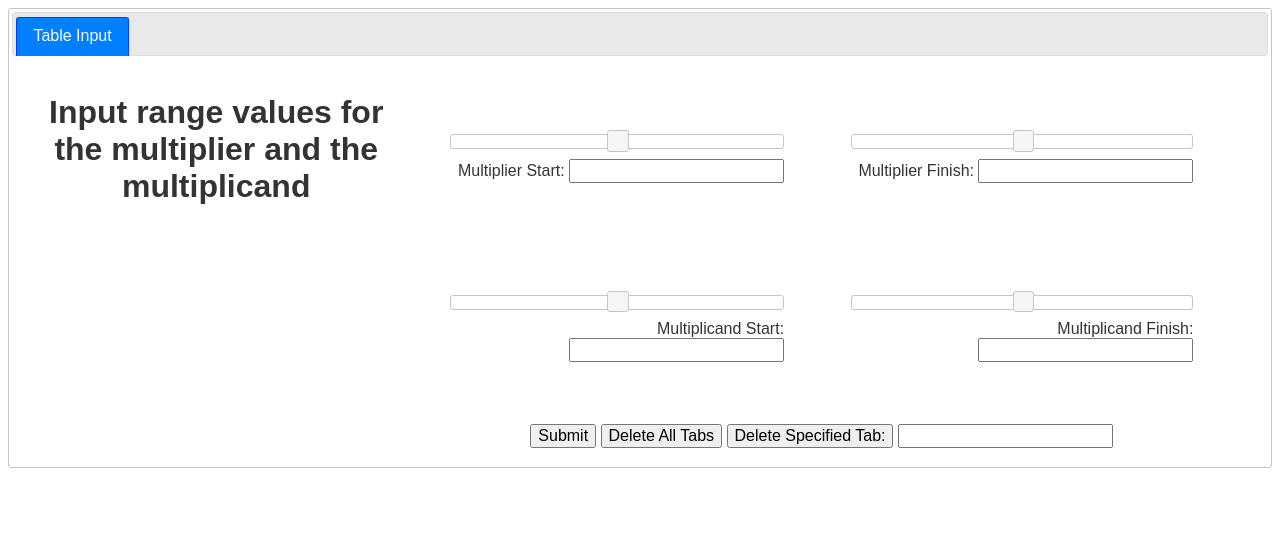
Repository: khrasna/HW4Part2
Page: index.html
The author's editor kept a copy of each file at every save. The page is drawn from the files as they stood at one save, then again after the next save.
The browser window is 1280 px wide. The pictures show the whole page.
Some web libraries are served in a nearby version.

Above is the page before, as saved 2021-11-22 16:19:27.

### index.html
<!-- HTML file for Assignment 3
By Karsten Hrasna  email Karsten_Hrasna@student.uml.edu-->
<!DOCTYPE html>
<html>

<head>
    <title>Multiplication Table</title>
    <link rel="stylesheet" href="style.css">
    <script type="text/javascript" src="https://ajax.googleapis.com/ajax/libs/jquery/3.5.1/jquery.min.js"></script>
    <script type="text/javascript" src="dist/jquery.validate.min.js"></script>
    <script type="text/javascript" src="formvalidate.js"></script>
    <script type="text/javascript"
        src="https://ajax.googleapis.com/ajax/libs/jqueryui/1.11.4/jquery-ui.min.js"></script>
    <link rel="stylesheet" href="https://ajax.googleapis.com/ajax/libs/jqueryui/1.11.4/themes/smoothness/jquery-ui.css">
</head>

<body>

    <div id="tabs">
        <ul>
            <li><a href='#tab1'>Table Input</a></li>
        </ul>
        <div id="tab1">
            <h1>Input range values for the multiplier and the multiplicand</h1>
            <!-- Learned from W3schools. Creates a form which takes number ranges for multiplier and multiplicand. -->
            <form id="FormInput" action="javascript:void(0);" method="get">
                <!--Learned about javascript:void(0) from Dutchie432 at https://stackoverflow.com/questions/1818249/form-with-no-action-and-where-enter-does-not-reload-page-->
                <table>
                    <tr>

                        <td class="pad">
                            <div id="slider-1" class="refresh"></div>
                            Multiplier Start: <input input="text" class="refresh" name="MultiplierStart">
                        </td>

                        <td>
                            <div id="slider-2" class="refresh"></div>
                            Multiplier Finish: <input type="text" class="refresh" name="MultiplierFinish">
                        </td>
                    </tr>
                    <tr>
                        <td class="pad">
                            <div id="slider-3" class="refresh"></div>
                            Multiplicand Start: <input type="text" class="refresh" name="MultiplicandStart">
                        </td>

                        <td>
                            <div id="slider-4" class="refresh"></div>
                            Multiplicand Finish: <input type="text" class="refresh" name="MultiplicandFinish">
                        </td>
                    </tr>
                </table>
                <input type="submit" value="Submit">
                <input type="button" name="clear" value="Delete All Tabs">
                <input type="button" name="clearx" value="Delete Specified Tab:">
                <input type="text" name="clearinput">
                <!--goes directly under form and processes the input to create a mult table-->
            </form>
        </div>
    </div>


</body>

</html>

### style.css
/*Created by Karsten Hrasna. email: Karsten_Hrasna@student.uml.edu*/
html,
body {
    height: 97%;
    text-align: center;
}

#slider-1,
#slider-2,
#slider-3,
#slider-4 {
    margin-bottom: 10px;
    margin-top: 10px;
}

div#tab1 {
    display: grid;
    grid-template-columns: 30% auto;
    /* top row of grid holds the form for input, the rest of page holds the multiplication table*/
    grid-template-rows: auto;
    height: 97%;

}

#multTable {
    margin: auto;
    border-collapse: separate;
    border-spacing: 0;
    /*the dynamically sized multiplication table */
    margin-top: 0px;
    border-bottom: 0px;

}

input[type=submit] {
    /* submit button under form spaced here */
    margin-top: 10px;
    margin-bottom: 0px;
}

#multTable td,
th {
    border: solid;
    border-color: black;
    min-width: 70px;
    font-size: 30px;
    height: 70px;
}


#multTable th {
    position: sticky;
    top: 0px;
    border-right: solid;
    border-right-color: white;
    border-bottom: solid;
    border-bottom-color: white;
    background-color: black;
    color: white;

}

#multTable th:first-child {
    position: sticky;
    top: 70px;
    left: 0;
}


.sticky {
    position: fixed;
    top: 0px;
    /* get the headers to stay fixed on mult table */
    width: 100%;
}

#multTable tr:first-child th:first-child {
    border: none;
    background-color: white;
}

#multTable p.inputError {
    margin: 0px;
}

form {
    margin-bottom: 0px;
}

table {
    margin-left: auto;
    margin-right: auto;
}

form td {
    text-align: right;
    justify-content: right;
    padding: 50px;
    /*line up the input form textboxes*/
}

form p {
    margin: 0px;
}

td.pad {
    padding-right: 15px;
}

### formvalidate.js
var tabs;

$(function () {
    $("#tabs").tabs();

    $("#slider-1").slider({
        min: -50, //initialize the four sliders to set the values of their respective input boxes
        max: 50,
        slide: function (event, ui) {
            $('input[name="MultiplierStart"]').val(ui.value);
        }
    });
    $("#slider-2").slider({
        min: -50,
        max: 50,
        slide: function (event, ui) {
            $('input[name="MultiplierFinish"]').val(ui.value);
        }
    });
    $("#slider-3").slider({
        min: -50,
        max: 50,
        slide: function (event, ui) {
            $('input[name="MultiplicandStart"]').val(ui.value);
        }
    });
    $("#slider-4").slider({
        min: -50,
        max: 50,
        slide: function (event, ui) {
            $('input[name="MultiplicandFinish"]').val(ui.value);
        }
    });

    $('input[name="MultiplierStart"]').on('keyup', function () { //if the input boxes values are changed, set the slider to that value
        $("#slider-1").slider("option", "value", $('input[name="MultiplierStart"]').val());
    });

    $('input[name="MultiplierFinish"]').on('keyup', function () {
        $("#slider-2").slider("option", "value", $('input[name="MultiplierFinish"]').val());
    });

    $('input[name="MultiplicandStart"]').on('keyup', function () {
        $("#slider-3").slider("option", "value", $('input[name="MultiplicandStart"]').val());
    });

    $('input[name="MultiplicandFinish"]').on('keyup', function () {
        $("#slider-4").slider("option", "value", $('input[name="MultiplicandFinish"]').val());
    });


    $.validator.addMethod("less", function (value, element, params) {
        if (params[0].value == "") {
            return true; // dont want it to say that the start has to be greater than finish if no finish given. instead it will say to give finish value in other error
        } else {
            return this.optional(element) || +value <= +params[0].value;

        } //checks to make sure that the starts are less than the finishes, learned from
    }); // https://jqueryvalidation.org/jQuery.validator.addMethod/

    $.validator.addMethod("checkval", function (value, element) {
        if (value == "") {
            return true; // dont want it to say that the start has to be greater than finish if no finish given. instead it will say to give finish value in other error
        } else {
            return this.optional(element) || +value > 1;

        } //checks to make sure that the starts are less than the finishes, learned from
    });


    $("#FormInput").validate({
        //this makes it so the validator updates the error messages whenever new input is typed.
        //learned about onkeyup at https://www.sitepoint.com/jquery-validation-validate-form-submit/
        rules: {
            MultiplierStart: {
                range: [-50, 50],
                less: $('input[name="MultiplierFinish"]'),
                required: true

            },
            MultiplierFinish: { //rules for form input. makes sure the numbers are in range, and that the fields have input in them.
                required: true,
                range: [-50, 50]
            },

            MultiplicandStart: {
                range: [-50, 50],
                less: $('input[name="MultiplicandFinish"]'),
                required: true
            },

            MultiplicandFinish: {
                range: [-50, 50],
                required: true
            }
        },

        messages: {
            MultiplierStart: {
                required: "Multiplier Start must be a digit between -50 and 50",
                range: "The range of Multiplier Start must stay within -50 and 50",
                less: "The value of Multiplier Start must be less than or equal to Multiplier Finish."
            },

            MultiplierFinish: {
                required: "Multiplier Finish must be a digit between -50 and 50",
                range: "The range of Multiplier Finish must stay within -50 and 50",
            },

            MultiplicandStart: {
                required: "Multiplicand Start must be a digit between -50 and 50",
                range: "The range of Multiplicand Start must stay within -50 and 50",
                less: "The value of Multiplicand Start must be less than or equal to Multiplicand Finish."
            },

            MultiplicandFinish: {
                required: "Multiplicand Finish must be a digit between -50 and 50",
                range: "The range of Multiplicand Finish must stay within -50 and 50",
            }


        },

        errorPlacement: function (error, element) {
            $(error).appendTo($(('#FormInput'))); //place the errors below the form
        },
        errorElement: "p"

    });

    $(".refresh").on("input", function () {
        console.log(1);
    });

    $(".refresh").on("slide", function () {
        console.log(2);
    });


    $('input[type="submit"]').on('click', function () { //check if form is valid and process table if true
        $('input[name="clearinput"]').rules('remove');
        if ($("#FormInput").valid()) {
            process();
        }
    });



    $('input[name="clear"]').on("click", function () { //clear all tabs except main tab
        for (var i = 2; i <= tabs; i++) {
            $("#tabs").find("li:not(:first)").remove();
            $("#tabs").tabs('refresh');
        }
        tabs = 1;
    });

    $('input[name="clearx"]').on("click", function () { //clear a specified tab with a range of 2 - number of tabs
        console.log(tabs);
        console.log($("#FormInput").validate().settings.rules);
        $('input[name="clearinput"]').rules('add', {
            digits: true,
            required: true,
            range: [2, tabs],
            checkval: true,

            messages: {
                digits: "Please make your specified tab to be deleted contain only numbers within the indicated range.",
                range: "Please choose a tab between 2 and " + tabs,
                checkval: "Please enter a tab value which is greater than 1.",
                required: "Please enter a value for the Delete Specified Tab value."
            }
        });

        if ($('input[name="clearinput"]').valid()) { //if the specified tab to be removed is valid then remove it
            var removetab = $('input[name="clearinput"]').val();
            $("#tabs").find("li:nth-child(" + removetab + ")").remove();
            $("#tabs").tabs('refresh');

            if (tabs > 1) {
                tabs -= 1;
            }
        }

    })

});

function process() {
    var multStart = $('input[name="MultiplierStart"]').val();
    var multFinish = $('input[name="MultiplierFinish"]').val();
    var multiplicandStart = $('input[name="MultiplicandStart"]').val();
    var multiplicandFinish = $('input[name="MultiplicandFinish"]').val();

    //clear old table and create a table with size based on input given
    const rowVals = [];
    const colVals = []; //these will hold the values of the multiplier and multiplicand
    var rows = multFinish - multStart;
    var cols = multiplicandFinish - multiplicandStart;
    tabs = $("#tabs ul li").length + 1; //number of tabs, learned from https://stackoverflow.com/questions/14702631/in-jquery-ui-1-9-how-do-you-create-new-tabs-dynamically
    for (var i = 0; i <= cols; i++) {
        colVals[i] = (+multiplicandStart + +i); //save the values of the numbers being multiplied
    }
    for (var i = 0; i <= rows; i++) {
        rowVals[i] = (+multStart + +i);
    }
    var table = createTable(rows, cols, rowVals, colVals); //create table based on total rows and cols, and top and left are the sets of multipliers and multiplicands
    table.id = "multTable";
    //adds list item to tab list with parameters as title
    $("#tabs ul").append("<li><a href='#tab" + tabs + "'>" + multStart + " " + multFinish + " " + multiplicandStart + " " + multiplicandFinish + "</a></li>");
    $("#tabs").append("<div id='tab" + tabs + "'></div>"); //also learned from https://stackoverflow.com/questions/14702631/in-jquery-ui-1-9-how-do-you-create-new-tabs-dynamically
    $("#tab" + tabs).append(table); //adds the table to a new tab
    $("#tabs").tabs("refresh");

}

function createTable(rows, cols, rowVals, colVals) {
    var t = document.createElement('table');
    for (var x = 0; x <= rows + 1; x++) { // rows and cols + 1 to indicate ranges of numbers
        var r = document.createElement('tr');
        t.appendChild(r);
        for (var y = 0; y <= cols + 1; y++) { //creates the cols of the table row by row
            if (y == 0) {
                var c = document.createElement('th'); //create and insert element based on position in table
                c.id = "topHeader";
                if (x != 0) {
                    c.innerHTML = rowVals[x - 1]; // - 1 because it is moved over 1 to the right
                }
            } else if (x == 0) {
                var c = document.createElement('th');
                if (y != 0) {
                    c.innerHTML = colVals[y - 1];
                }
            } else {
                var c = document.createElement('td');
                c.innerHTML = rowVals[x - 1] * colVals[y - 1];
                if (((y % 2) + (x % 2)) == 0 || ((y % 2) + (x % 2)) == 2) { // checker board effect
                    c.style.backgroundColor = "gray";
                }
            }
            r.appendChild(c);
        }
    }
    return t;
}

Loaded but not shown: dist/jquery.validate.min.js (library)

After the next save:
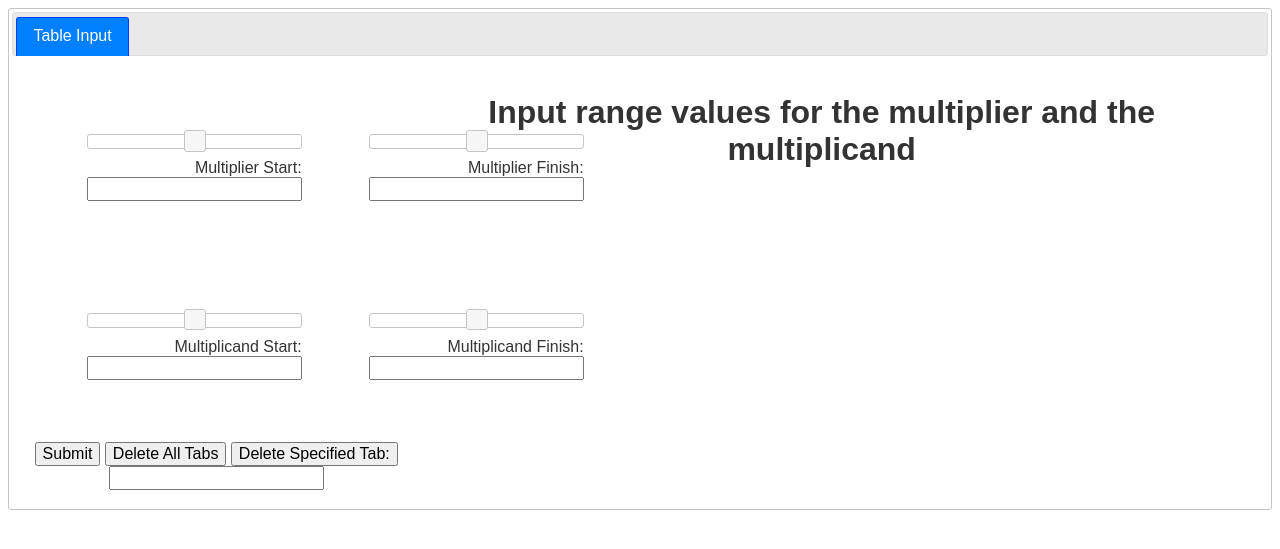
Saved 105 s later.
--- a/style.css
+++ b/style.css
@@ -85,6 +85,7 @@ th {
 
 form {
     margin-bottom: 0px;
+    grid-row: 1;
 }
 
 table {
